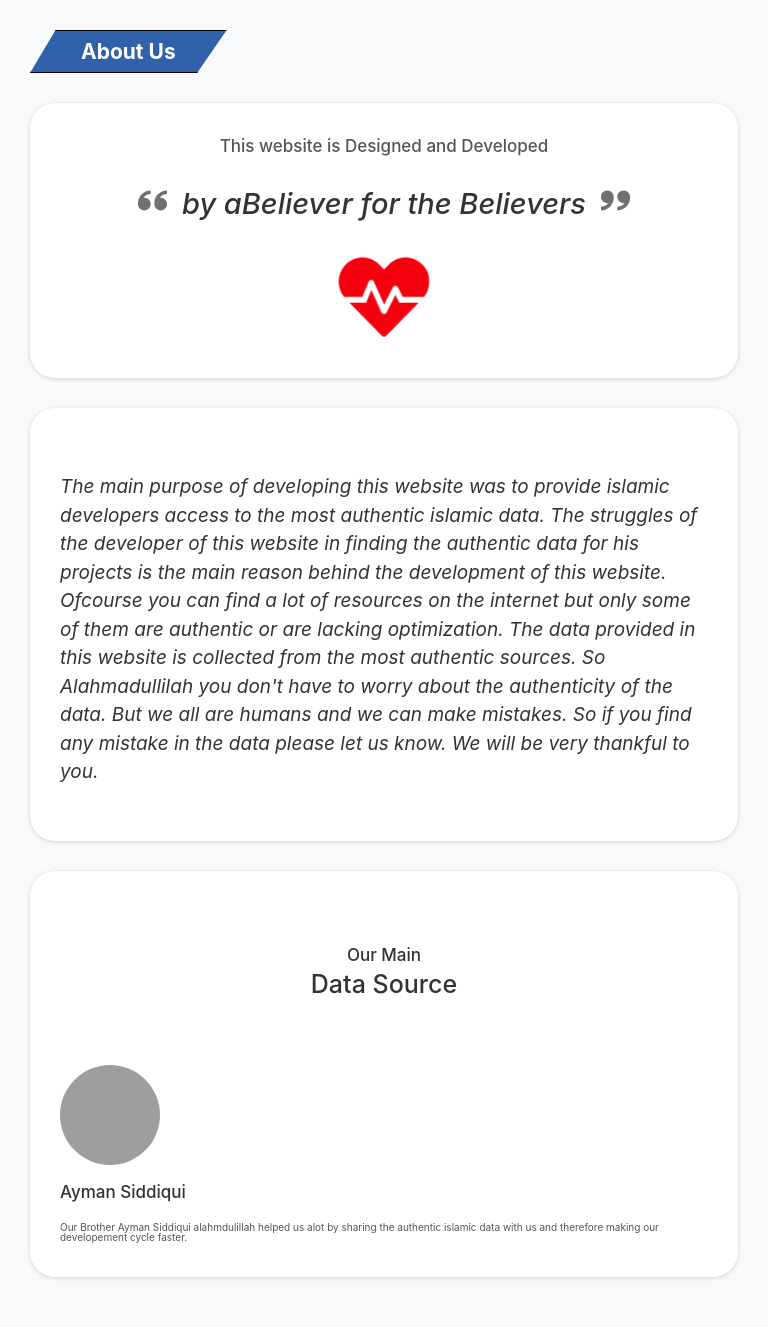
Repository: SpicierEwe/islamic-dev-repo
Page: /legal/about_us
An editor plug-in stored every save of this project. The page is shown before and after the next save, followed by the edit.
The browser window is 768 px wide. The pictures show the whole page.
Pictures or frames that could not be fetched are drawn as grey boxes. The project was rebuilt for these pictures with package versions that can differ from the ones it lists, and the page was loaded fresh each time. The framework's server and built-in components were replaced by stand-ins that run in the browser. Also part of the build but not shown: next.config.js.

Above is the page before, as saved 2022-09-16 20:19:24.

After the next save:
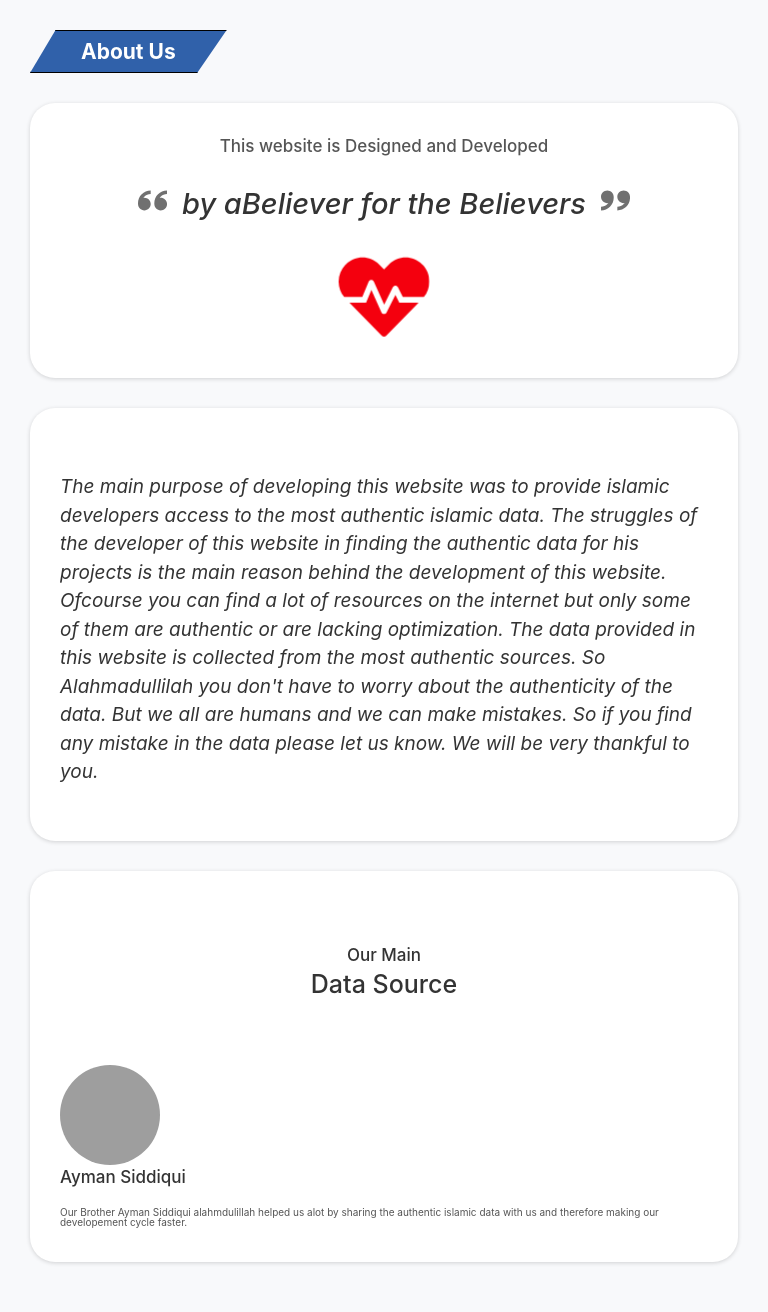
Saved 11 s later.
--- a/components/legal/about_us/about_us.module.css
+++ b/components/legal/about_us/about_us.module.css
@@ -135,6 +135,6 @@
   }
   .resourcer_container {
     flex-direction: column;
-    row-gap: 1.5rem;
+    justify-content: center;
   }
 }
